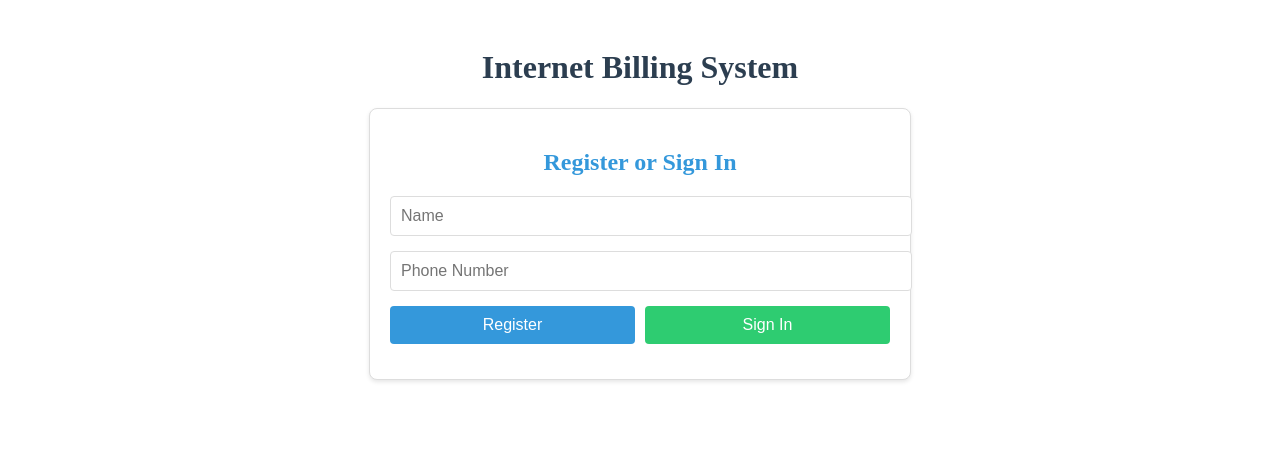
Repository: rachel648/system_Bill
Page: / (app in client/)
These files come from the project's save history. The page is drawn as it stood at one moment and after the next save; the edit follows.
The browser window is 1280 px wide. The pictures show the whole page.
The project was rebuilt for these pictures with package versions that can differ from the ones it lists, and the page was loaded fresh each time. Also part of the build but not shown: client/src/Packages.js.

Above is the page before, as saved 2025-05-11 16:19:05.

After the next save:
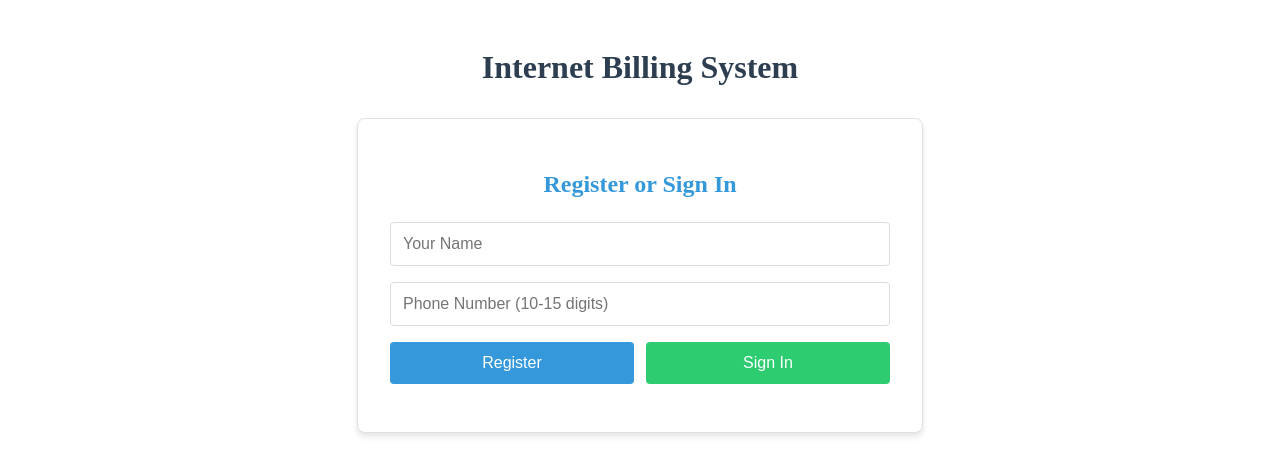
Saved 7 min 0 s later.
--- a/client/src/components/ServiceForm.js
+++ b/client/src/components/ServiceForm.js
@@ -5,7 +5,7 @@
 const ServiceForm = () => {
   const [formData, setFormData] = useState({
     name: '',
-    phoneNumber: '',
+    phoneNumber: ''
   });
   const [status, setStatus] = useState({ message: '', type: '' });
   const [loading, setLoading] = useState(false);
@@ -19,32 +19,36 @@
     }));
   };
 
+  const validateFields = () => {
+    if (!formData.name.trim()) {
+      setStatus({ message: 'Name is required', type: 'error' });
+      return false;
+    }
+    if (!formData.phoneNumber.trim()) {
+      setStatus({ message: 'Phone number is required', type: 'error' });
+      return false;
+    }
+    if (!/^\d{10,15}$/.test(formData.phoneNumber)) {
+      setStatus({ message: 'Please enter a valid phone number (10-15 digits)', type: 'error' });
+      return false;
+    }
+    return true;
+  };
+
   const handleRegister = async () => {
-    console.log('Form Data:', formData);  // Debug log
-
-    if (!formData.name.trim() || !formData.phoneNumber.trim()) {
-      console.log('Fields are empty');  // Debug log
-      setStatus({ message: 'Name and phone number are required', type: 'error' });
-      return;
-    }
+    if (!validateFields()) return;
 
     setLoading(true);
     try {
-      const res = await axios.post('/api/users/register', {
-        name: formData.name,
-        phoneNumber: formData.phoneNumber,
-      });
-
+      const res = await axios.post('/api/users/register', formData);
       setStatus({
-        message: `Registration successful!`,
+        message: 'Registration successful!',
         type: 'success'
       });
-
-      // Redirect to packages page
       navigate('/packages');
     } catch (err) {
       setStatus({
-        message: err.response?.data?.message || err.message || 'Registration failed',
+        message: err.response?.data?.message || 'Registration failed. Please try again.',
         type: 'error'
       });
     } finally {
@@ -53,31 +57,26 @@
   };
 
   const handleSignIn = async () => {
-    console.log('Form Data:', formData);  // Debug log
-
-    if (!formData.name.trim() || !formData.phoneNumber.trim()) {
-      console.log('Fields are empty');  // Debug log
-      setStatus({ message: 'Name and phone number are required', type: 'error' });
-      return;
-    }
+    if (!validateFields()) return;
 
     setLoading(true);
     try {
       const res = await axios.get(`/api/users/status/${formData.phoneNumber}`);
       if (res.data) {
         setStatus({
-          message: `Welcome back! Status: ${res.data.active ? 'Active' : 'Inactive'}`,
+          message: `Welcome back, ${formData.name}!`,
           type: 'success'
         });
-
-        // Redirect to packages page
         navigate('/packages');
       } else {
-        setStatus({ message: 'User not found', type: 'error' });
+        setStatus({
+          message: 'User not found. Please register first.',
+          type: 'error'
+        });
       }
     } catch (err) {
       setStatus({
-        message: err.response?.data?.message || 'Sign-in failed',
+        message: err.response?.data?.message || 'Sign-in failed. Please try again.',
         type: 'error'
       });
     } finally {
@@ -89,7 +88,6 @@
     switch (status.type) {
       case 'success': return { backgroundColor: '#e8f5e9', color: '#2e7d32' };
       case 'error': return { backgroundColor: '#ffebee', color: '#c62828' };
-      case 'info': return { backgroundColor: '#e3f2fd', color: '#1565c0' };
       default: return { backgroundColor: '#f5f5f5', color: '#424242' };
     }
   };
@@ -101,20 +99,23 @@
       <div style={styles.inputGroup}>
         <input
           name="name"
-          placeholder="Name"
+          placeholder="Your Name"
           value={formData.name}
           onChange={handleChange}
           style={styles.input}
+          disabled={loading}
         />
       </div>
 
       <div style={styles.inputGroup}>
         <input
           name="phoneNumber"
-          placeholder="Phone Number"
+          placeholder="Phone Number (10-15 digits)"
           value={formData.phoneNumber}
           onChange={handleChange}
           style={styles.input}
+          type="tel"
+          disabled={loading}
         />
       </div>
 
@@ -147,48 +148,56 @@
 const styles = {
   container: {
     maxWidth: '500px',
-    margin: '0 auto',
-    padding: '20px',
-    border: '1px solid #ddd',
+    margin: '2rem auto',
+    padding: '2rem',
+    border: '1px solid #e0e0e0',
     borderRadius: '8px',
-    boxShadow: '0 2px 4px rgba(0,0,0,0.1)',
-    backgroundColor: '#fff'
+    boxShadow: '0 4px 6px rgba(0, 0, 0, 0.1)',
+    backgroundColor: '#ffffff'
   },
   heading: {
     textAlign: 'center',
     color: '#3498db',
-    marginBottom: '20px'
+    marginBottom: '1.5rem',
+    fontSize: '1.5rem'
   },
   inputGroup: {
-    marginBottom: '15px'
+    marginBottom: '1rem'
   },
   input: {
     width: '100%',
-    padding: '10px',
+    padding: '0.75rem',
     borderRadius: '4px',
     border: '1px solid #ddd',
-    fontSize: '16px'
+    fontSize: '1rem',
+    boxSizing: 'border-box'
   },
   buttonGroup: {
     display: 'flex',
-    gap: '10px',
-    marginBottom: '15px'
+    gap: '0.75rem',
+    marginBottom: '1rem'
   },
   button: {
-    padding: '10px 15px',
+    padding: '0.75rem',
     borderRadius: '4px',
     border: 'none',
     backgroundColor: '#3498db',
     color: 'white',
     cursor: 'pointer',
     flex: 1,
-    fontSize: '16px'
+    fontSize: '1rem',
+    transition: 'background-color 0.2s',
+    ':disabled': {
+      backgroundColor: '#95a5a6',
+      cursor: 'not-allowed'
+    }
   },
   status: {
-    padding: '12px',
+    padding: '0.75rem',
     borderRadius: '4px',
-    fontSize: '16px',
-    textAlign: 'center'
+    fontSize: '1rem',
+    textAlign: 'center',
+    marginTop: '1rem'
   }
 };
 

After the save that followed:
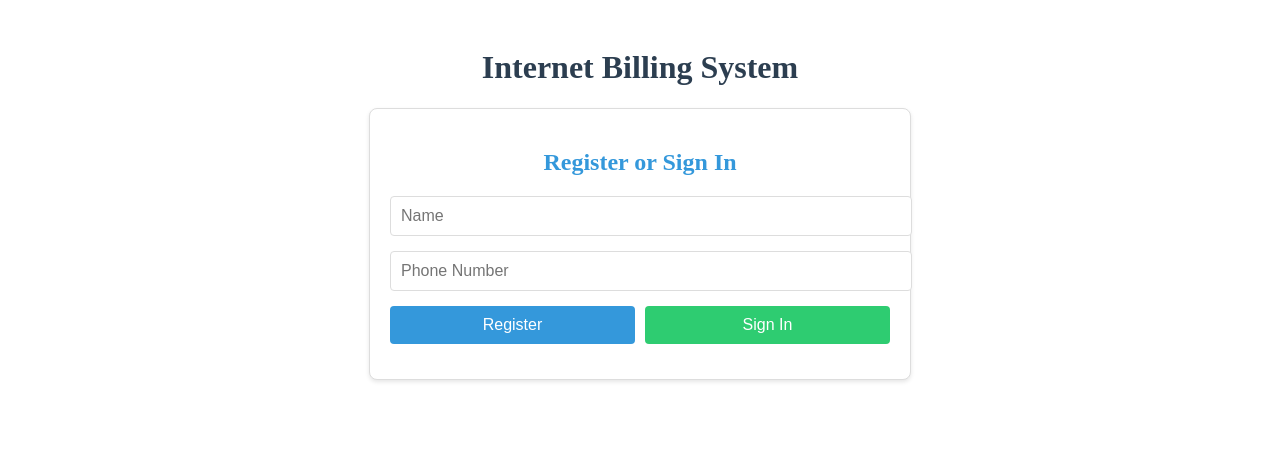
Saved 2 min 35 s later.
--- a/client/src/components/ServiceForm.js
+++ b/client/src/components/ServiceForm.js
@@ -5,7 +5,7 @@
 const ServiceForm = () => {
   const [formData, setFormData] = useState({
     name: '',
-    phoneNumber: ''
+    phoneNumber: '',
   });
   const [status, setStatus] = useState({ message: '', type: '' });
   const [loading, setLoading] = useState(false);
@@ -19,36 +19,32 @@
     }));
   };
 
-  const validateFields = () => {
-    if (!formData.name.trim()) {
-      setStatus({ message: 'Name is required', type: 'error' });
-      return false;
+  const handleRegister = async () => {
+    console.log('Form Data:', formData);  // Debug log
+
+    if (!formData.name.trim() || !formData.phoneNumber.trim()) {
+      console.log('Fields are empty');  // Debug log
+      setStatus({ message: 'Name and phone number are required', type: 'error' });
+      return;
     }
-    if (!formData.phoneNumber.trim()) {
-      setStatus({ message: 'Phone number is required', type: 'error' });
-      return false;
-    }
-    if (!/^\d{10,15}$/.test(formData.phoneNumber)) {
-      setStatus({ message: 'Please enter a valid phone number (10-15 digits)', type: 'error' });
-      return false;
-    }
-    return true;
-  };
-
-  const handleRegister = async () => {
-    if (!validateFields()) return;
 
     setLoading(true);
     try {
-      const res = await axios.post('/api/users/register', formData);
+      const res = await axios.post('/api/users/register', {
+        name: formData.name,
+        phoneNumber: formData.phoneNumber,
+      });
+
       setStatus({
-        message: 'Registration successful!',
+        message: `Registration successful!`,
         type: 'success'
       });
+
+      // Redirect to packages page
       navigate('/packages');
     } catch (err) {
       setStatus({
-        message: err.response?.data?.message || 'Registration failed. Please try again.',
+        message: err.response?.data?.message || err.message || 'Registration failed',
         type: 'error'
       });
     } finally {
@@ -57,26 +53,31 @@
   };
 
   const handleSignIn = async () => {
-    if (!validateFields()) return;
+    console.log('Form Data:', formData);  // Debug log
+
+    if (!formData.name.trim() || !formData.phoneNumber.trim()) {
+      console.log('Fields are empty');  // Debug log
+      setStatus({ message: 'Name and phone number are required', type: 'error' });
+      return;
+    }
 
     setLoading(true);
     try {
       const res = await axios.get(`/api/users/status/${formData.phoneNumber}`);
       if (res.data) {
         setStatus({
-          message: `Welcome back, ${formData.name}!`,
+          message: `Welcome back! Status: ${res.data.active ? 'Active' : 'Inactive'}`,
           type: 'success'
         });
+
+        // Redirect to packages page
         navigate('/packages');
       } else {
-        setStatus({
-          message: 'User not found. Please register first.',
-          type: 'error'
-        });
+        setStatus({ message: 'User not found', type: 'error' });
       }
     } catch (err) {
       setStatus({
-        message: err.response?.data?.message || 'Sign-in failed. Please try again.',
+        message: err.response?.data?.message || 'Sign-in failed',
         type: 'error'
       });
     } finally {
@@ -88,6 +89,7 @@
     switch (status.type) {
       case 'success': return { backgroundColor: '#e8f5e9', color: '#2e7d32' };
       case 'error': return { backgroundColor: '#ffebee', color: '#c62828' };
+      case 'info': return { backgroundColor: '#e3f2fd', color: '#1565c0' };
       default: return { backgroundColor: '#f5f5f5', color: '#424242' };
     }
   };
@@ -99,23 +101,20 @@
       <div style={styles.inputGroup}>
         <input
           name="name"
-          placeholder="Your Name"
+          placeholder="Name"
           value={formData.name}
           onChange={handleChange}
           style={styles.input}
-          disabled={loading}
         />
       </div>
 
       <div style={styles.inputGroup}>
         <input
           name="phoneNumber"
-          placeholder="Phone Number (10-15 digits)"
+          placeholder="Phone Number"
           value={formData.phoneNumber}
           onChange={handleChange}
           style={styles.input}
-          type="tel"
-          disabled={loading}
         />
       </div>
 
@@ -148,56 +147,48 @@
 const styles = {
   container: {
     maxWidth: '500px',
-    margin: '2rem auto',
-    padding: '2rem',
-    border: '1px solid #e0e0e0',
+    margin: '0 auto',
+    padding: '20px',
+    border: '1px solid #ddd',
     borderRadius: '8px',
-    boxShadow: '0 4px 6px rgba(0, 0, 0, 0.1)',
-    backgroundColor: '#ffffff'
+    boxShadow: '0 2px 4px rgba(0,0,0,0.1)',
+    backgroundColor: '#fff'
   },
   heading: {
     textAlign: 'center',
     color: '#3498db',
-    marginBottom: '1.5rem',
-    fontSize: '1.5rem'
+    marginBottom: '20px'
   },
   inputGroup: {
-    marginBottom: '1rem'
+    marginBottom: '15px'
   },
   input: {
     width: '100%',
-    padding: '0.75rem',
+    padding: '10px',
     borderRadius: '4px',
     border: '1px solid #ddd',
-    fontSize: '1rem',
-    boxSizing: 'border-box'
+    fontSize: '16px'
   },
   buttonGroup: {
     display: 'flex',
-    gap: '0.75rem',
-    marginBottom: '1rem'
+    gap: '10px',
+    marginBottom: '15px'
   },
   button: {
-    padding: '0.75rem',
+    padding: '10px 15px',
     borderRadius: '4px',
     border: 'none',
     backgroundColor: '#3498db',
     color: 'white',
     cursor: 'pointer',
     flex: 1,
-    fontSize: '1rem',
-    transition: 'background-color 0.2s',
-    ':disabled': {
-      backgroundColor: '#95a5a6',
-      cursor: 'not-allowed'
-    }
+    fontSize: '16px'
   },
   status: {
-    padding: '0.75rem',
+    padding: '12px',
     borderRadius: '4px',
-    fontSize: '1rem',
-    textAlign: 'center',
-    marginTop: '1rem'
+    fontSize: '16px',
+    textAlign: 'center'
   }
 };
 
